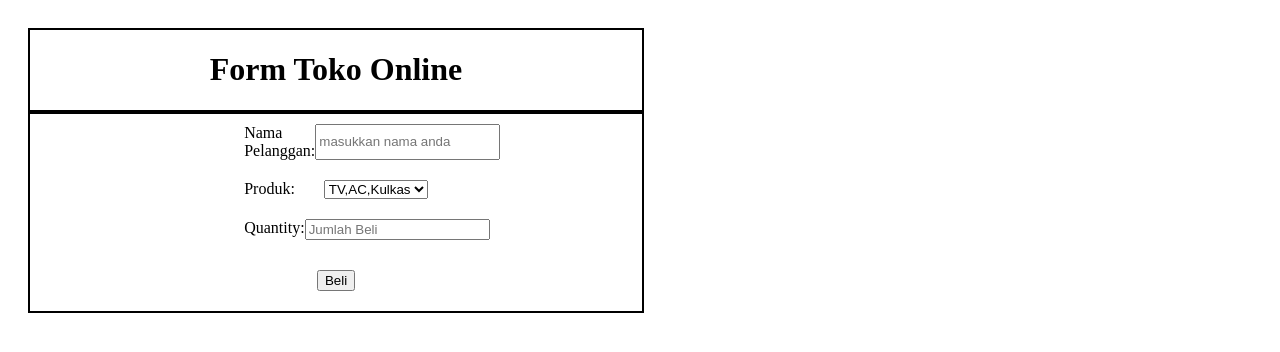
Repository: AHSANS354/Tugas-MSIB-5-GitHub
Page: tugasper4js.html
These files come from the project's save history. The page is drawn as it stood at one moment and after the next save; the edit follows.
The browser window is 1280 px wide. The pictures show the whole page.

Above is the page before, as saved 2023-09-11 18:10:39.

After the next save:
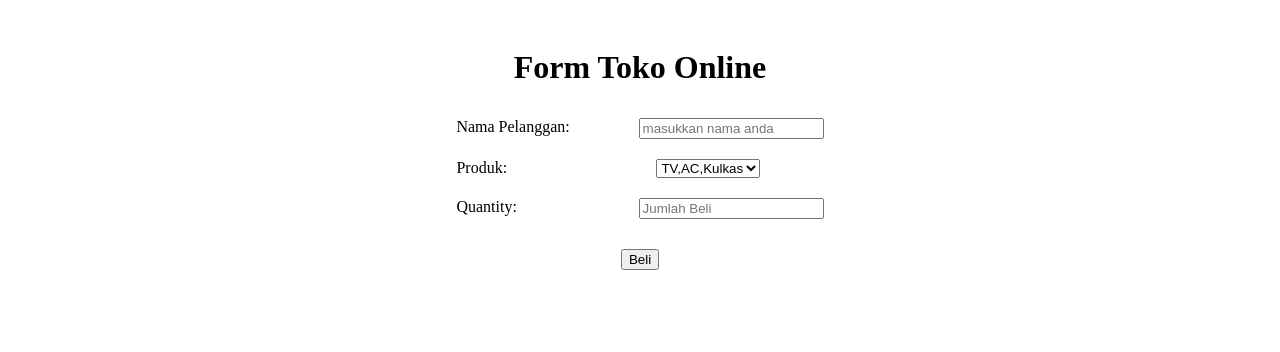
Saved 35 s later.
--- a/tugasper4js.html
+++ b/tugasper4js.html
@@ -12,8 +12,6 @@
         display: flex;
         align-items: center;
         flex-direction: column;
-        border: 2px solid black;
-        width: 50%;
       }
       .col {
         width: 30%;
